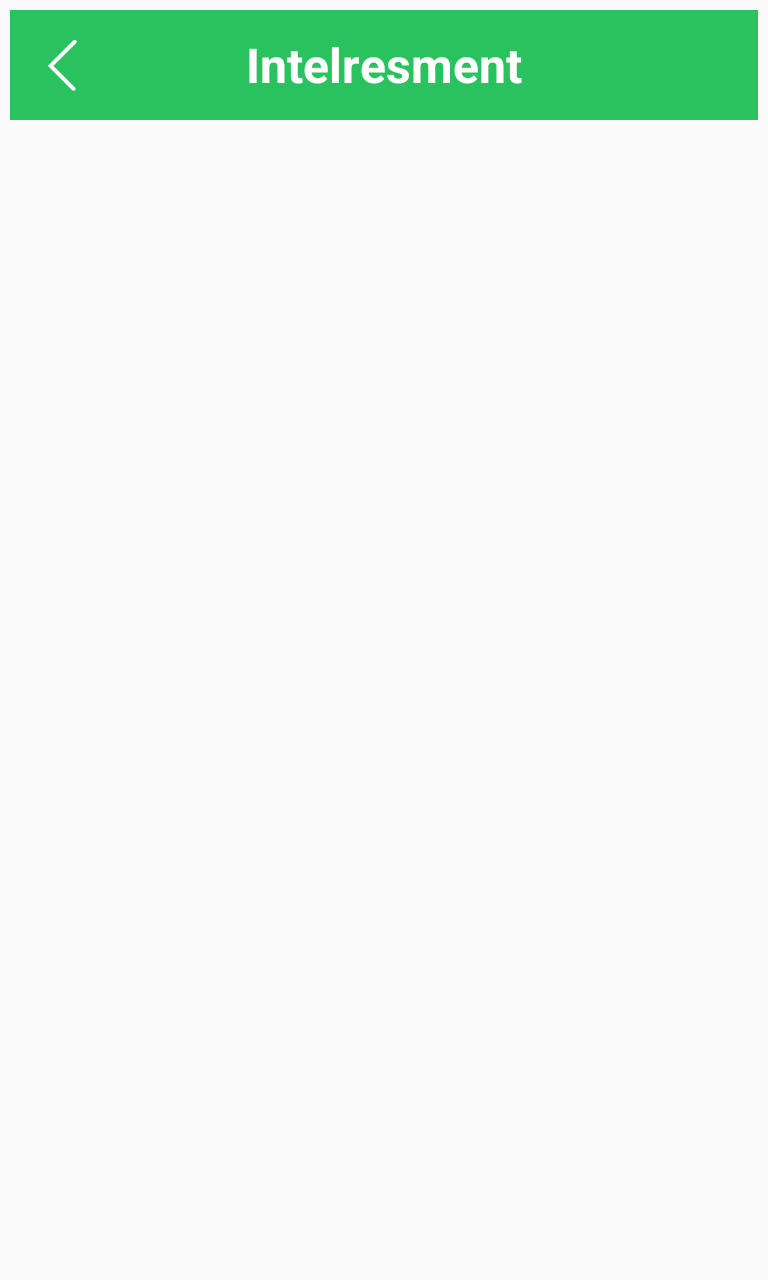
Repository: yenthanh132/Intelresment_AndroidClientApp
Layout: Intelresment/res/layout/activity_login.xml
These files come from the project's save history. The layout is drawn as it stood at one moment and after the next save; the edit follows.
It is drawn on a 768 x 1280 px phone screen (xhdpi) without system bars, with theme AppTheme; the app's code is not run. Lists and similar views that code fills are empty.

Above is the layout before, as saved 2014-12-28 13:41:44.

After the next save:
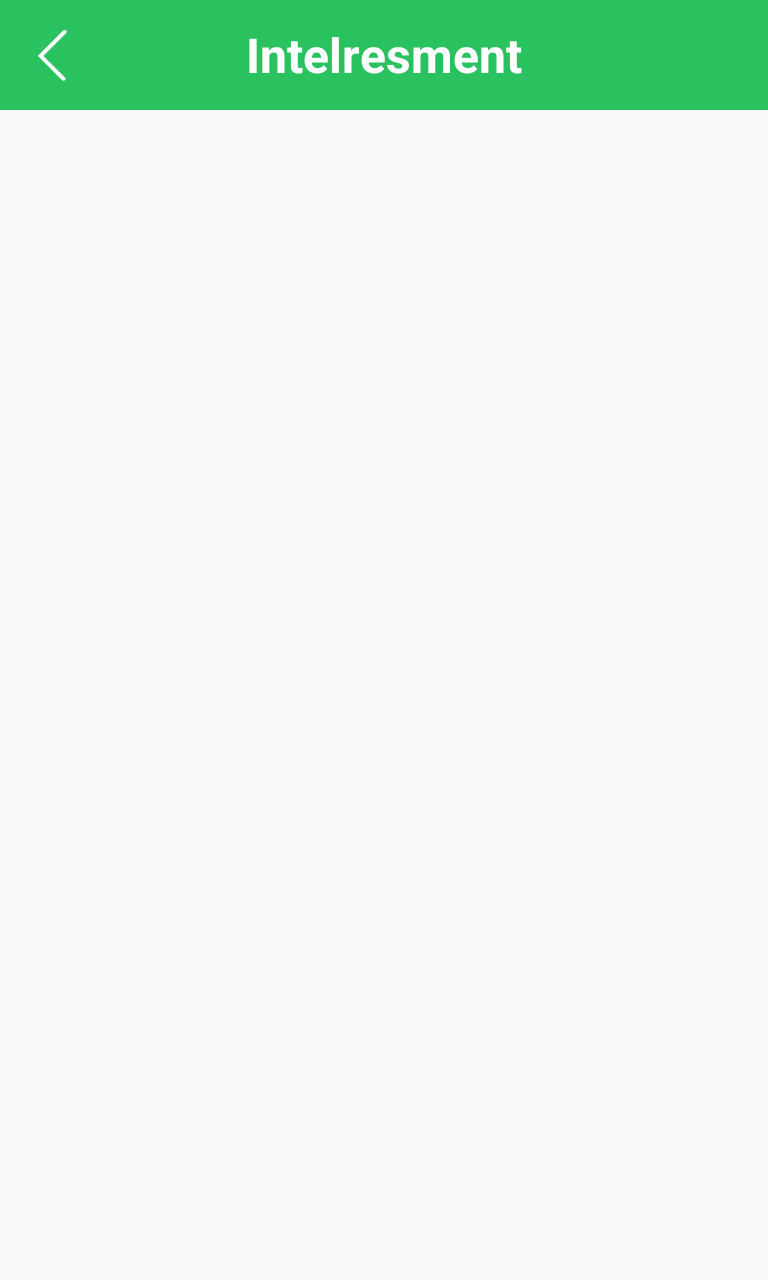
Saved 7 s later.
--- a/Intelresment/res/layout/activity_login.xml
+++ b/Intelresment/res/layout/activity_login.xml
@@ -2,7 +2,6 @@
     xmlns:tools="http://schemas.android.com/tools"
     android:layout_width="match_parent"
     android:layout_height="match_parent"
-    android:padding="5dp"
     tools:context="com.cs300.intelresment.MainActivity" >
 
     <RelativeLayout
